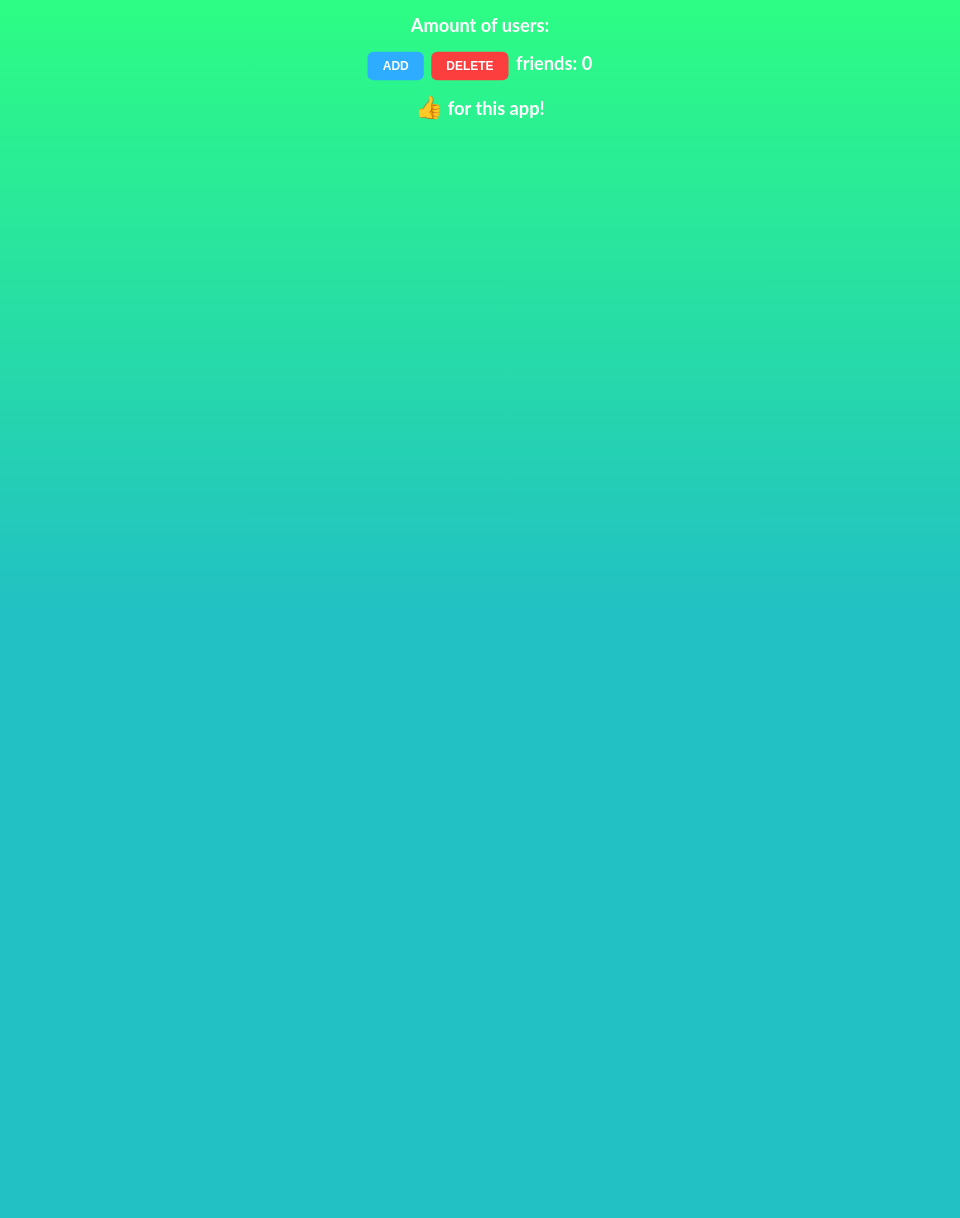
Repository: marcinszymaszek/facelook
Page: /
These files come from the project's save history. The page is drawn as it stood at one moment and after the next save; the edit follows.
The browser window is 1280 px wide. The pictures show the whole page, at 75% of full size.
The page's requests for data from a server got no answer. The project was rebuilt for these pictures with package versions that can differ from the ones it lists, and the page was loaded fresh each time. No one was signed in, and anything a server would have sent is missing. Also part of the build but not shown: src/components/users/Users.css.

Above is the page before, as saved 2020-01-13 20:32:18.

After the next save:
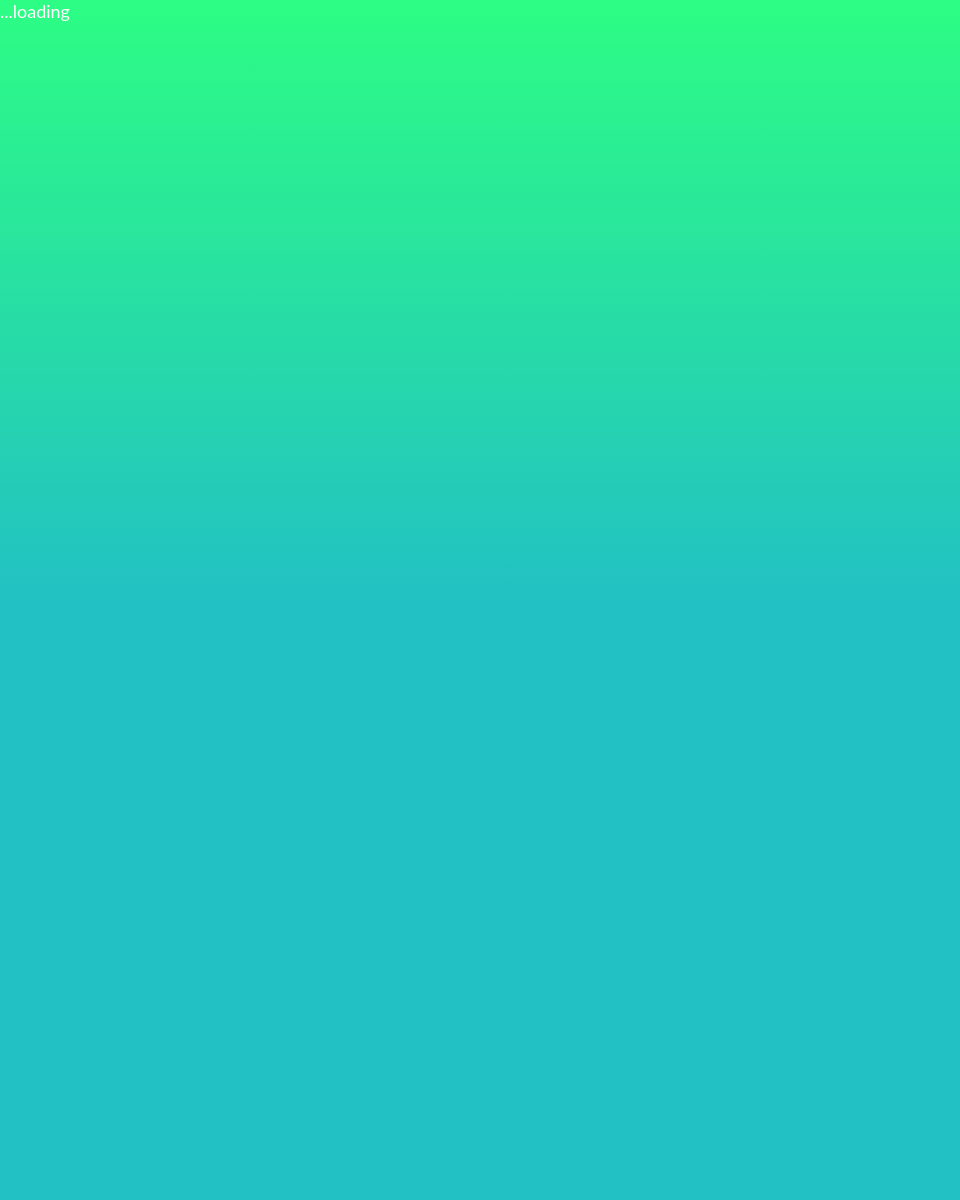
Saved 28 min 29 s later.
--- a/src/components/main/App.js
+++ b/src/components/main/App.js
@@ -3,53 +3,39 @@ import MainInfo from '../main-info/MainInfo'
 import Friends from '../friends/Friends'
 import Opinion from '../opinion/Opinion'
 import Users from '../users/Users'
-import axios from 'axios';
 
 import './App.css'
 
-const App = () => {
-  const [data, setData] = useState({ data: [] });
+const useFetch = url => {
+  const [data, setData] = useState({});
+  const [loading, setLoading] = useState(true);
 
   useEffect(() => {
-
-    //fetch via axios
     const fetchData = async () => {
-      const result = await axios('https://reqres.in/api/users?page=2');
-      setData(result.data);
+      const response = await fetch(url);
+      const data = await response.json();
+      setData(data);
+      setLoading(false);
     }
     fetchData();
+  }, []);
+  return { data, loading };
+};
 
-    //   //fetch via fetch() method
-    //   const fetchData = async () => {
-    //     const response = await fetch('https://reqres.in/api/users?page=2');
-    //     let data = await response.json()
-    //     setData(data);
-    //   }
-    //     fetchData();
+const App = () => {
 
-  }, []);
-
-  const usersAmount = data.per_page;
-
-  const allUsers = data.data.map(user => {
-    return <>
-      <p className="basic-info-article">
-        <img src={user.avatar} alt='avatar' /><br />
-        User name: <strong>{user.first_name}</strong>
-      </p>
-      <br />
-    </>
-  }
-  );
+  const { data, loading } = useFetch('https://reqres.in/api/users?page=2');
 
   return (
     <>
-      <div className="info-container">
-        <MainInfo usersAmount={usersAmount} />
-        <Friends/>
-        <Opinion/>
-        <Users allUsers={allUsers} />
-      </div>
+      {loading ? <div>...loading</div> :
+        <div>
+          <MainInfo usersAmount={data.per_page} />
+          <Friends />
+          <Opinion />
+          <Users users={data.data} />
+        </div>
+      }
     </>
   )
 }
